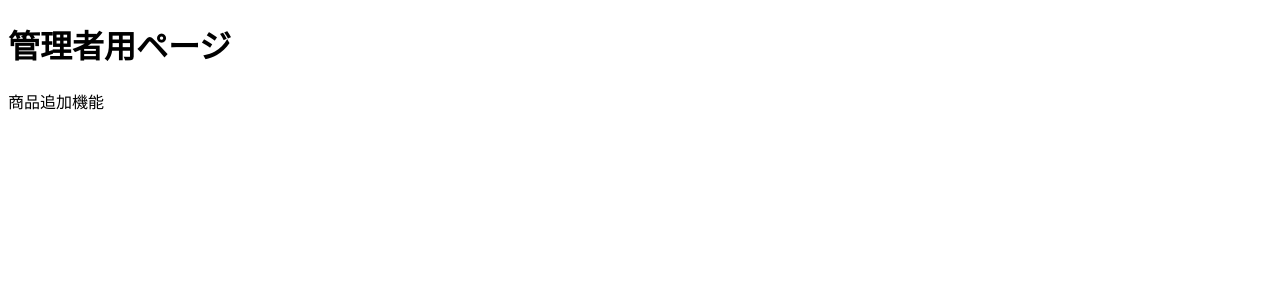
Repository: MurayamaMura/ecsite
Page: http://localhost/ecsite/managerLogin.jsp
These files come from the project's save history. The page is drawn as it stood at one moment and after the next save; the edit follows.
The browser window is 1280 px wide. The pictures show the whole page.
The page is served by Tomcat 9.

Above is the page before, as saved 2018-07-30 07:42:45.

After the next save:
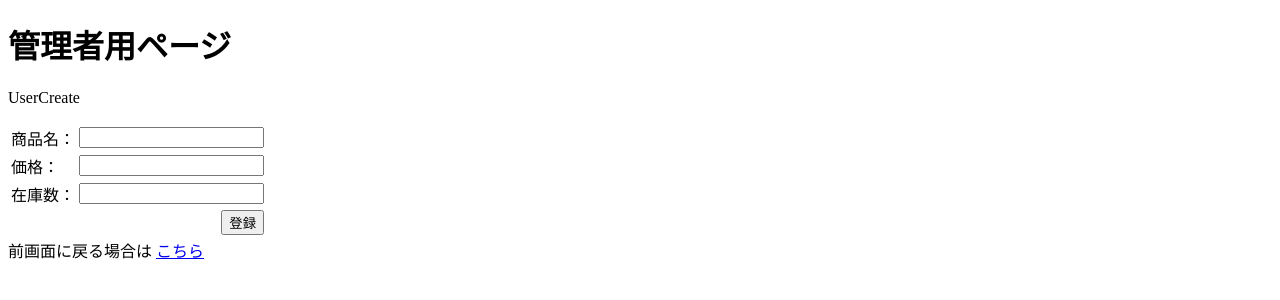
Saved 13 min 59 s later.
--- a/ecsite/WebContent/managerLogin.jsp
+++ b/ecsite/WebContent/managerLogin.jsp
@@ -10,6 +10,56 @@
 </head>
 <body>
 <h1>管理者用ページ</h1>
-<p>商品追加機能</p>
+<div id="header">
+		<div id="pr"></div>
+	</div>
+	<div id="main">
+		<div id="top">
+			<p>UserCreate</p>
+		</div>
+		<div>
+			<s:if test="errorMassage !=''">
+				<s:property value="errorMassage" escape="false" />
+			</s:if>
+			<table>
+			<s:form action="UserCreateConfirmAction">
+				<tr>
+					<td>
+						<label>商品名：</label>
+					</td>
+					<td>
+						<input type="text" name="loginUserId" value="" />
+					</td>
+				</tr>
+				<tr>
+					<td>
+						<label>価格：</label>
+					</td>
+					<td>
+						<input type="text" name="loginPassword" value=""/>
+					</td>
+				</tr>
+				<tr>
+					<td>
+						<label>在庫数：</label>
+					</td>
+					<td>
+						<input type="text" name="userName" value=""/>
+					</td>
+				</tr>
+				<s:submit value="登録"/>
+			</s:form>
+			</table>
+
+			<div>
+				<span>前画面に戻る場合は</span>
+				<a href='<s:url action="HomeAction"/>'>こちら</a>
+			</div>
+		</div>
+	</div>
+	<div id="footer">
+	<div id="pr">
+	</div>
+</div>
 </body>
 </html>
